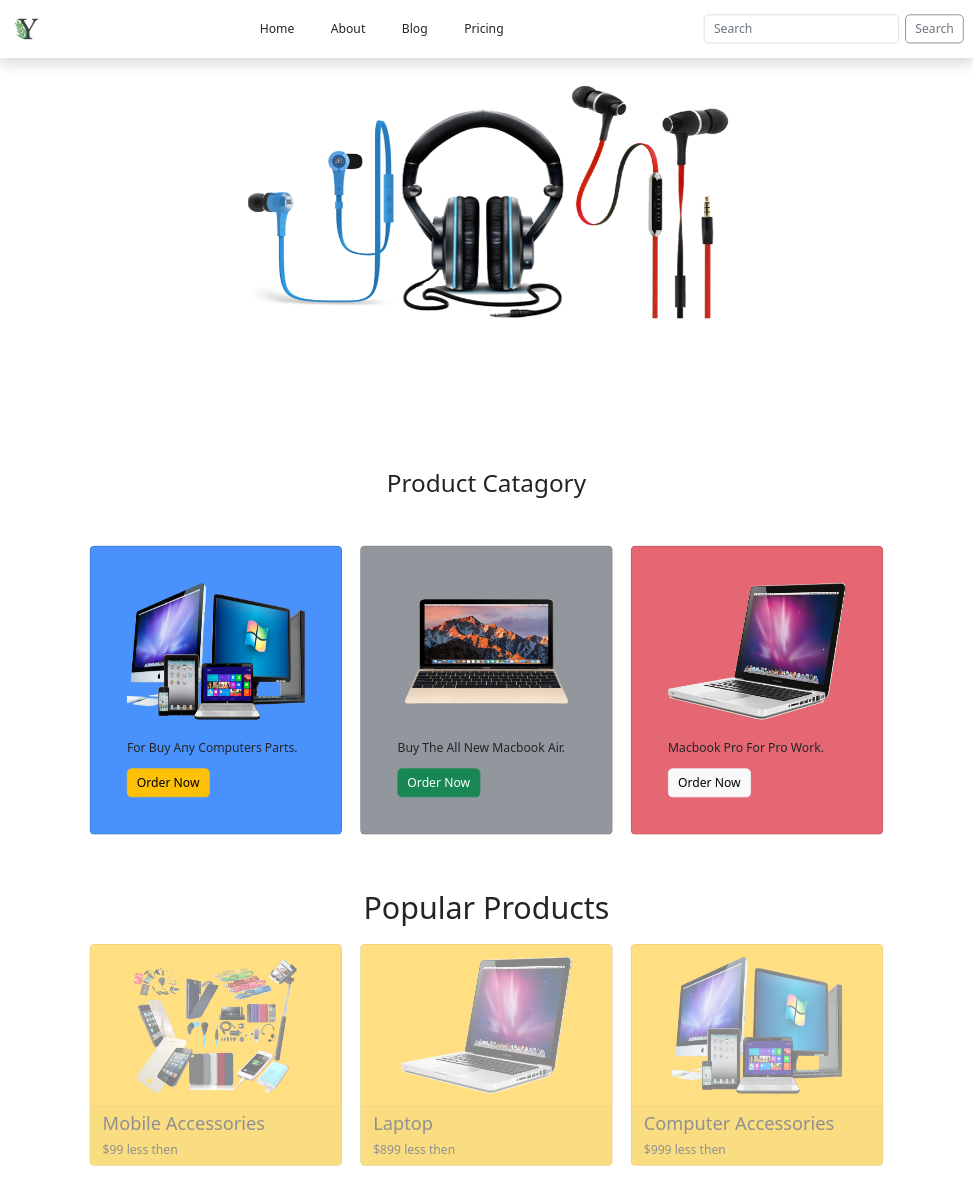
Repository: Mafuzurrahmanoli/E-Commerce-Website
Page: index.html
An editor plug-in stored every save of this project. The page is shown before and after a run of saves, followed by the edit.
The browser window is 1280 px wide. The pictures show the whole page, at 76% of full size.

Above is the page before, as saved 2023-09-16 12:13:20.

After the next 2 saves:
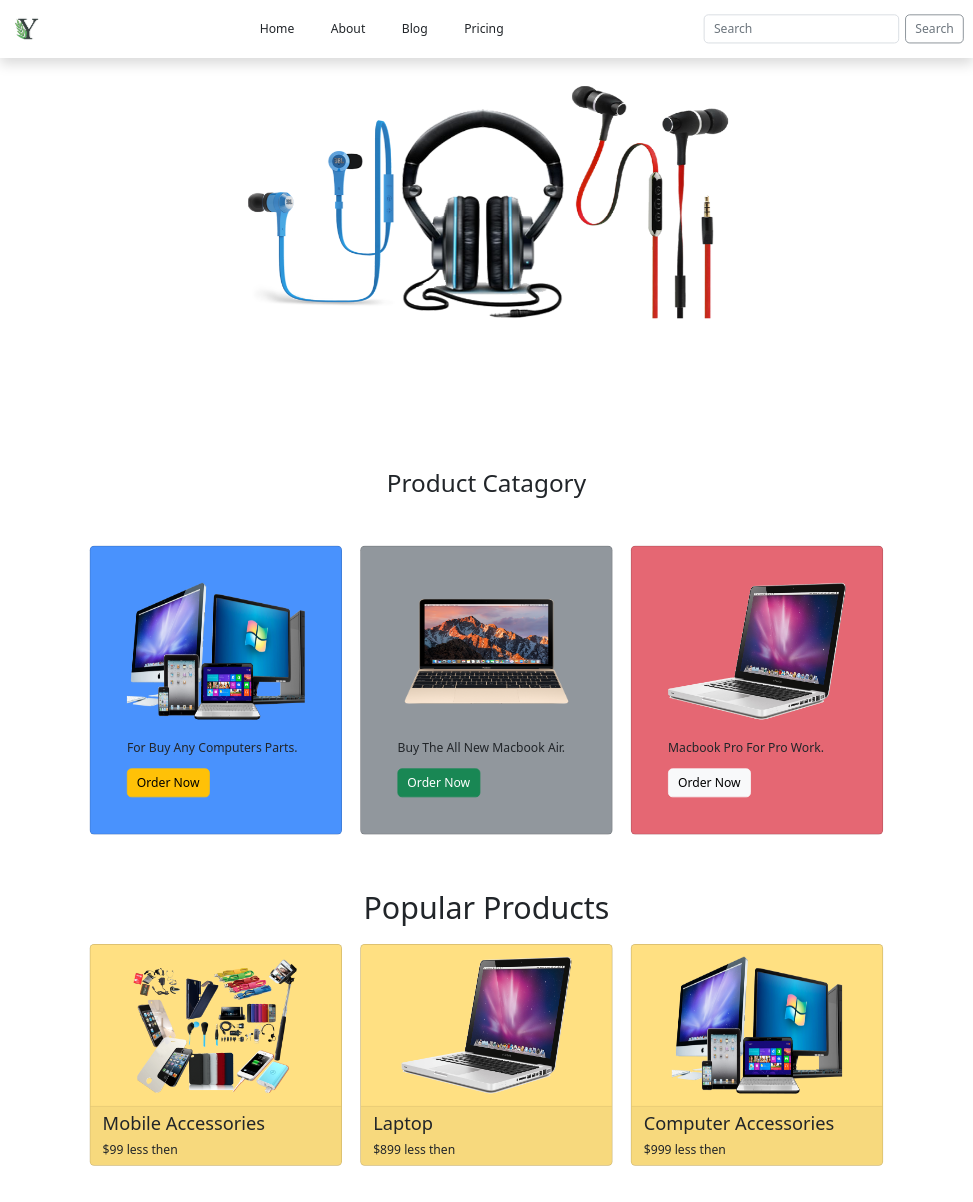
The 2 saves are shown as one change because they came seconds apart.
The last was saved 19 s later.
--- a/index.html
+++ b/index.html
@@ -129,7 +129,7 @@
       <h1 class="text-center text-capitalize">popular products</h1>
       <div class="row row-cols-1 row-cols-md-2 row-cols-lg-3 mt-4">
         <div class="col">
-          <div class="card bg-warning opacity-50">
+          <div class="card bg-warning bg-opacity-50">
             <div class="card-body d-flex">
               <img class="w-75 mx-auto" src="img/Mobile.png" alt="">
             </div>
@@ -140,7 +140,7 @@
           </div>
         </div>
         <div class="col">
-          <div class="card bg-warning opacity-50">
+          <div class="card bg-warning bg-opacity-50">
             <div class="card-body d-flex">
               <img class="w-75 mx-auto" src="img/macbook pro.png" alt="">
             </div>
@@ -151,7 +151,7 @@
           </div>
         </div>
         <div class="col">
-          <div class="card bg-warning opacity-50">
+          <div class="card bg-warning bg-opacity-50">
             <div class="card-body d-flex">
               <img class="w-75 mx-auto" src="img/computer.png" alt="">
             </div>
